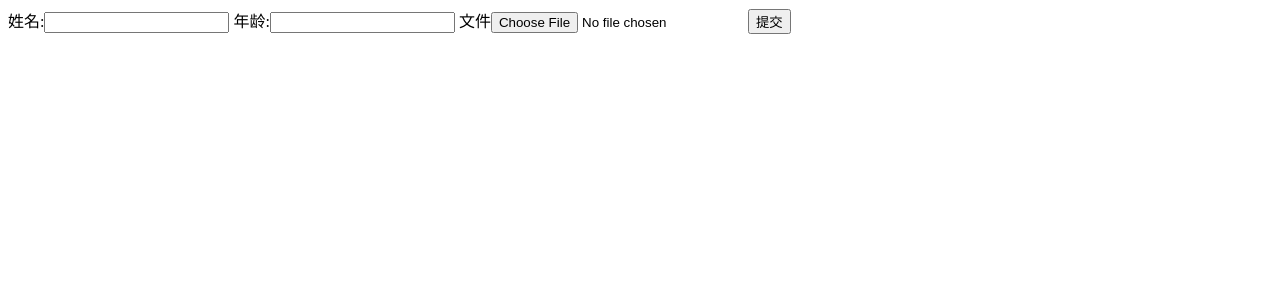
Repository: zhiwuwy/SpringMVC
Page: http://localhost/Spring-jdbc-web/input.jsp
The author's editor kept a copy of each file at every save. The page is drawn from the files as they stood at one save, then again after the next save.
The browser window is 1280 px wide. The pictures show the whole page.
The page is served by Tomcat 9.

Above is the page before, as saved 2019-02-20 05:27:22.

After the next save:
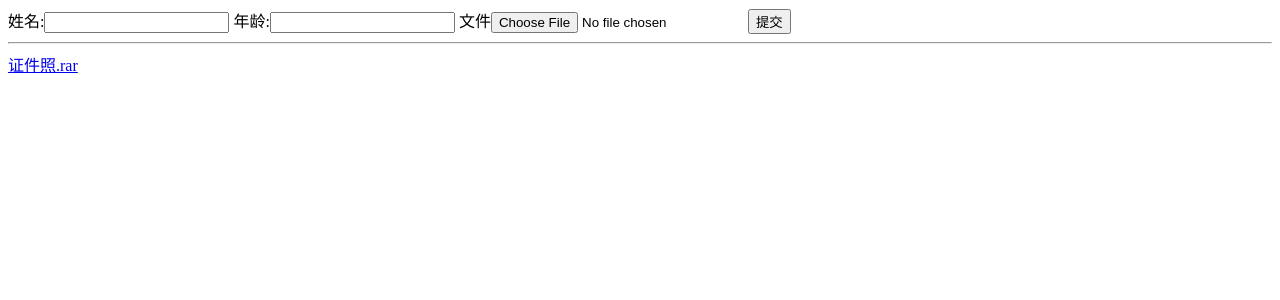
Saved 8 min 44 s later.
--- a/SpringMVC/Spring-jdbc-web/webapp/input.jsp
+++ b/SpringMVC/Spring-jdbc-web/webapp/input.jsp
@@ -13,5 +13,8 @@
 			文件<input type="file" name="pic"/>
 			<input type="submit" value="提交"/>
 		</form>
+
+		<hr>
+		<a href="/download?fileName=证件照.rar">证件照.rar</a>
 </body>
 </html>
